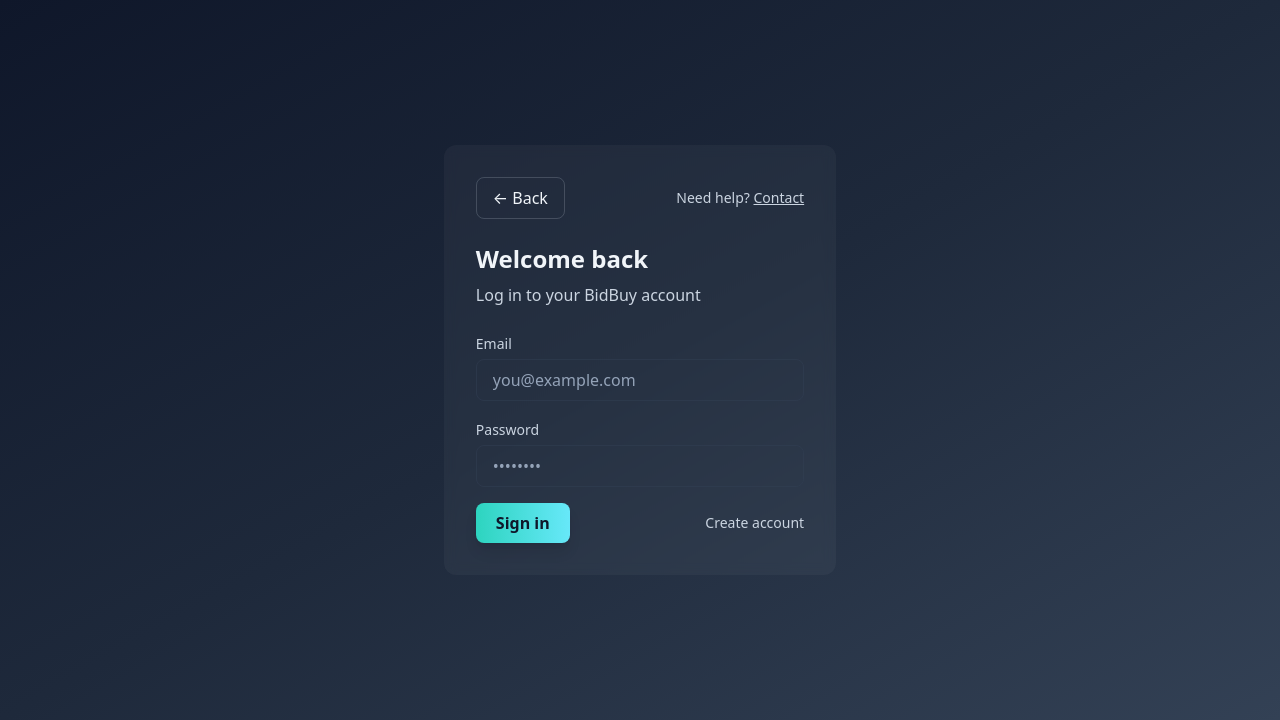
Repository: ChakraVaishnav/Online-Auction-System
Page: /dashboard (app in online-auction-system-frontend/)
The author's editor kept a copy of each file at every save. The page is drawn from the files as they stood at one save, then again after the next save.
The browser window is 1280 px wide. The pictures show the whole page.
The page's requests for data from a server got no answer. The project was rebuilt for these pictures with package versions that can differ from the ones it lists, and the page was loaded fresh each time. No one was signed in, and anything a server would have sent is missing. Also part of the build but not shown: online-auction-system-frontend/vite.config.js, online-auction-system-frontend/src/pages/Landing.jsx, online-auction-system-frontend/src/pages/Signup.jsx, online-auction-system-frontend/src/components/AddProductForm.jsx, online-auction-system-frontend/src/pages/Dashboard.jsx, online-auction-system-frontend/src/pages/ProductView.jsx, online-auction-system-frontend/src/pages/MyProducts.jsx, online-auction-system-frontend/src/pages/Profile.jsx and 1 more.

Above is the page before, as saved 2025-11-24 10:49:31.

After the next save:
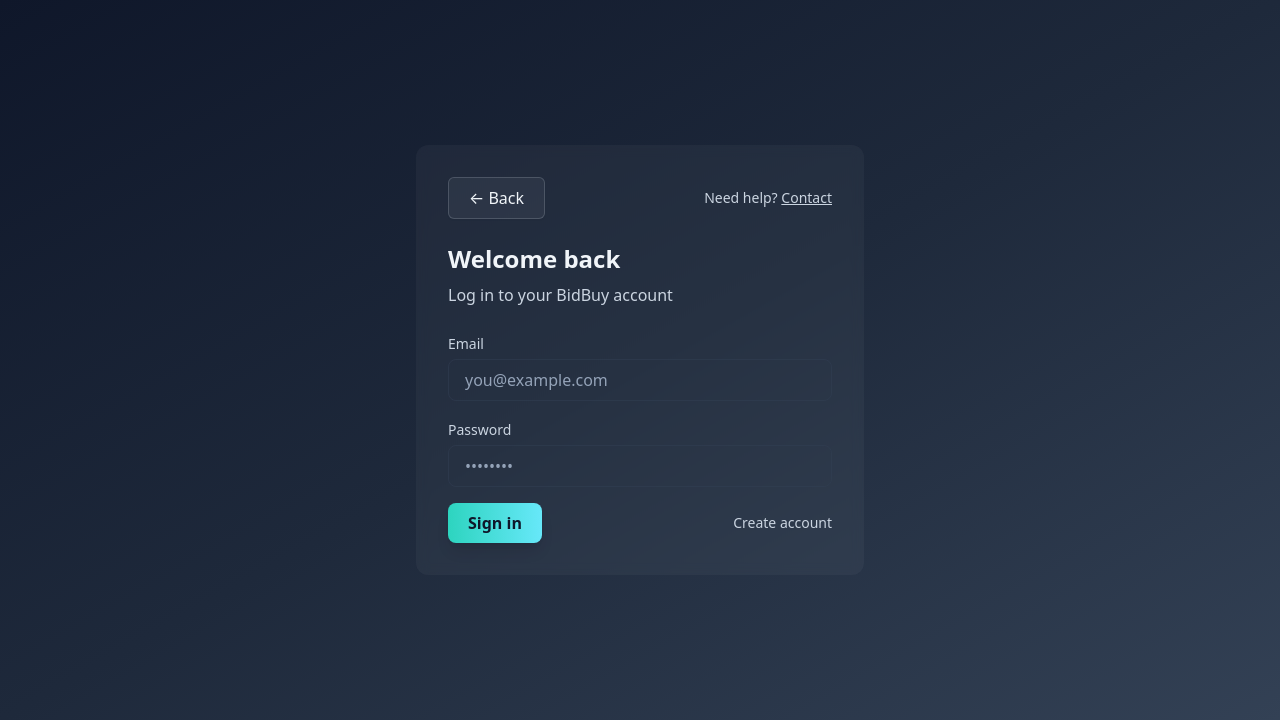
Saved 15 s later.
--- a/online-auction-system-frontend/src/index.css
+++ b/online-auction-system-frontend/src/index.css
@@ -18,7 +18,7 @@ body{
 }
 
 .container-wide{
-	@apply max-w-6xl mx-auto px-6;
+	@apply w-full px-6;
 }
 
 .glass {
@@ -34,6 +34,11 @@ body{
 	@apply inline-flex items-center gap-2 border border-slate-300/20 text-slate-100 px-4 py-2 rounded-lg hover:bg-white/5 transition;
 }
 
+/* dedicated back button style to improve touch target and spacing */
+.btn-back{
+  @apply px-5 py-2 rounded-md bg-white/5 shadow-sm;
+}
+
 .form-input{
 	@apply w-full bg-transparent border border-slate-700/50 px-4 py-2 rounded-lg placeholder-slate-400 text-white focus:outline-none focus:ring-2 focus:ring-teal-400;
 }
